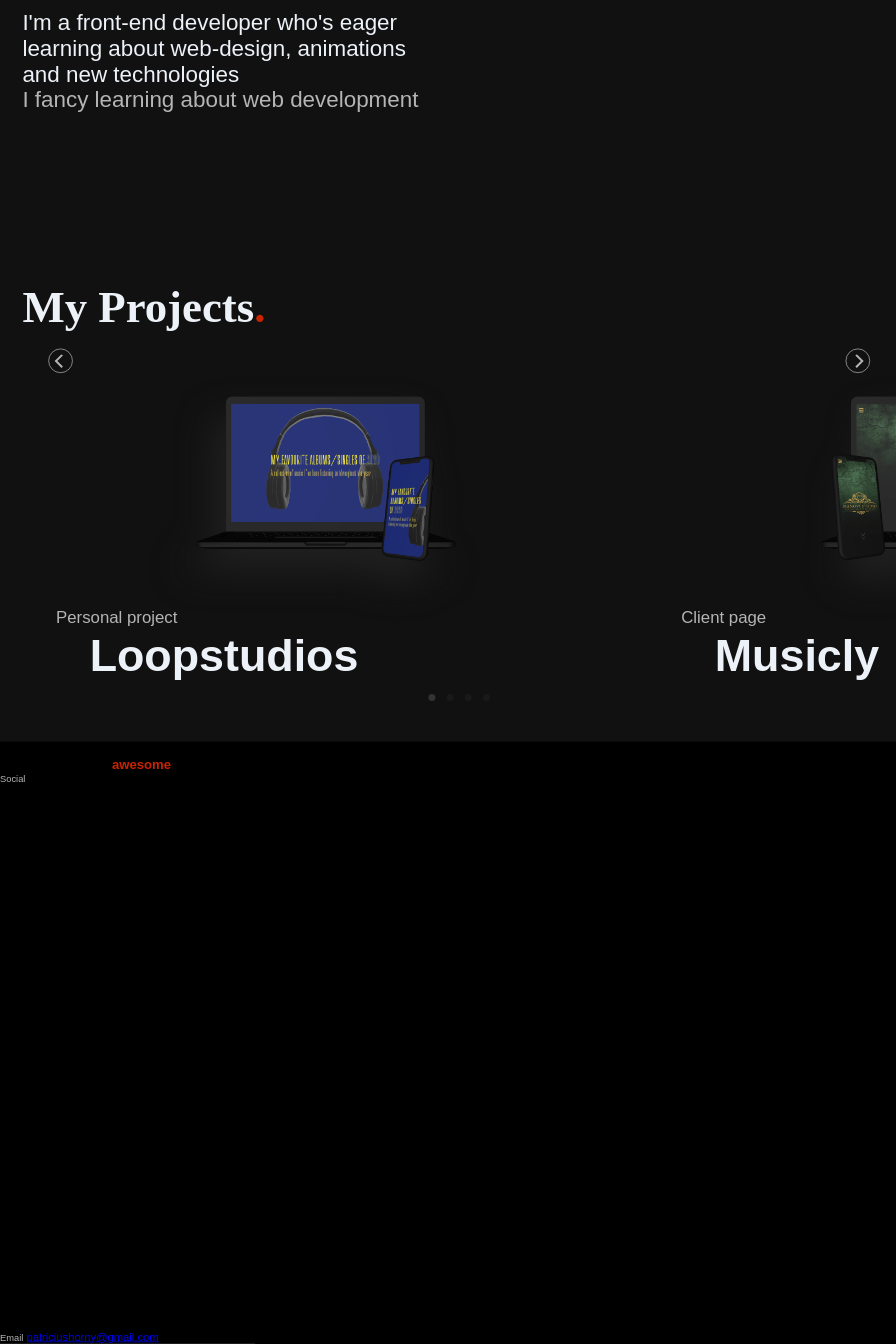
Repository: Spreceriany/portfolio
Page: index.html
These files come from the project's save history. The page is drawn as it stood at one moment and after a run of saves; the edit follows.
The browser window is 1280 px wide. The pictures show the part of the page from y = 748 to 2668 px (the page is 2668 px tall before and 2247 px after), at 70% of full size.
Some web fonts or font styles are not loaded; a fallback is used. The style sheet was rebuilt from its Sass, Less or Tailwind sources for each picture, by a compiler version that may differ from the author's.

Above is the page before, as saved 2021-03-11 15:27:43.

### index.html
<!DOCTYPE html>
<html lang="en">

<head>
    <meta charset="UTF-8">
    <meta http-equiv="X-UA-Compatible" content="IE=edge">
    <meta name="viewport" content="width=device-width, initial-scale=1.0">
    <title>Patrik Horny | Portfolio</title>
    <link rel="stylesheet" href="css/style.css">
    <link rel="preconnect" href="https://fonts.gstatic.com">
    <link href="https://fonts.googleapis.com/css2?family=Asul&family=Chivo:wght@900&display=swap" rel="stylesheet">
    <link rel="stylesheet" href="https://unpkg.com/flickity@2/dist/flickity.min.css">

</head>

<body>
    <header>
        <nav>
            <ul>
                <li><a href="#">About</a></li>
                <li><a href="#">Work</a></li>
                <li><a href="#">Contact</a></li>
            </ul>
            <div class="burger">
                <div class="line1"></div>
                <div class="line2"></div>
                <div class="line3"></div>
            </div>
        </nav>
    </header>

    <main>
        <section class="hero">
            <div class="hero__left-col">
                <p class="gray">Hello Visitor! I'm</p>
                <h1>Patrik Horný<span class="orange">.</span></h1>
                <p>Front-End Developer</p>
                <a href="#" class="btn">Learn more</a>

            </div>
            <div class="hero__right-col">
                <img src="./img/my_photo.png" alt="my-photo">

            </div>
        </section>

        <section class="about">
            <div class="about__left-col">
                <h2>About me<span class="orange">.</span></h2>
                <p>I'm a front-end developer who's eager learning about web-design, animations and new technologies
                </p>
                <p class="gray">I fancy learning about web development</p>
            </div>


        </section>

        <section class="work">
            <h2>My Projects<span class="orange">.</span></h2>
            <div class="carousel">

                <a class="work__item" href="https://musicly2020.netlify.app/">
                    <div class="block">
                        <img srcset="./img/musicly-mob/musicly-sm_aquzlh_c_scale,w_200.png 200w,
                        ./img/musicly-mob/musicly-sm_aquzlh_c_scale,w_662.png 611w,
                         ./img/musicly-lg.png  900w" src="./img/mobile/musicly-sm.png"  class="block-image" alt="musicly">

                        <small>Personal project</small>
                        <h3>Musicly 2020</h3>
                    </div>
                </a>

                <a class="work__item" href="https://manovistudio.dk/">
                    <div class="block">
                         <img srcset="./img/manovi-mob/manovistudio_euxpyv_c_scale,w_200.png 200w,
                         ./img/manovi-mob/manovistudio_euxpyv_c_scale,w_519.png 433w,
                         ./img/manovi-mob/manovistudio_euxpyv_c_scale,w_741.png 611w,
                         ./img/manovi-lg.png 900w"

                         src="./img/mobile/manovistudio.png" alt="manovistudio" class="block-image">
                         <small>Client page</small>
                         <h3>Manovistudio</h3>
                    </div>

                </a>

                <a class="work__item" href="https://wrappedgreen.netlify.app/">
                    <div class="block">
                          <img srcset="./img/wrapped-mob/wrapped-sm_lgvr6n_c_scale,w_200.png 200w,
                          ./img/wrapped-mob/wrapped-sm_lgvr6n_c_scale,w_583.png 433w,
                          ./img/wrapped-mob/wrapped-sm_lgvr6n_c_scale,w_848.png 644w,
                          ./img/wrapped-lg.png 900w"
                          src="./img/mobile/wrapped-sm.png" class="block-image" alt="wrappedgreen">
                          <small>Landing page</small>
                          <h3>Wrapped Green</h3>
                    </div>

                </a>



                <a class="work__item" href="https://loopstudiovr.netlify.app/">
                    <div class="block">
                        <img srcset="./img/loop-mob/loopstudios-sm_hzrmrv_c_scale,w_200.png 200w,
                        ./img/loop-mob/loopstudios-sm_hzrmrv_c_scale,w_433.png 433w,
                        ./img/loop-mob/loopstudios-sm_hzrmrv_c_scale,w_611.png 611w,
                        ./img/loop-lg.png 900w" src="./img/loop-mob/loopstudios-sm_hzrmrv_c_scale,w_200.png"
                    alt="loopstudios" class="block-image">
                        <small>Landing page</small>
                        <h3>Loopstudios</h3>

                    </div>

                </a>





            </div>

        </section>

        <section class="contact">
            <div class="contact__left-col">
                <h3>Let's connect and</h3>
                <h3>create something <span class="orange">awesome</span>! </h3>
            </div>

            <div class="contact__right-col">
                <small class="gray">Social
                </small>
                <ul>
                    <li><a href="https://www.linkedin.com/in/patrik-horn%C3%BD-42b797205/">
                            <?xml version="1.0" ?><svg height="256px" id="Layer_1" version="1.1" viewBox="0 0 256 256"
                                width="256px" xml:space="preserve" xmlns="http://www.w3.org/2000/svg"
                                xmlns:xlink="http://www.w3.org/1999/xlink">
                                <path class="st0"
                                    d="M34.367,105.308c-15.255,58.994,21.499,118.714,77.309,130.865c54.491,11.864,108.741-24.931,122.132-78.209  c13.576-54.011-18.103-112.414-72.055-127.246C77.289,8.035,39.505,84.527,39.501,88.37" />
                                <path class="st0"
                                    d="M106.662,168.972c-0.36-21.051,0.978-61.432-0.945-63.422  c-1.923-1.99-17.046-7.923-19.883-12.471c-2.838-4.548-2.011-13.662,8.126-13.674s11.419,8.666,8.78,14.31  c-2.64,5.644-17.584,9.811-19.288,12.105c-1.704,2.294-2.429,68.28,0,69.899c2.429,1.619,32.926,1.484,35.624-0.54  c2.699-2.024-3.374-67.47,0-69.09s17.407-1.889,19.162-1.079c1.754,0.81,0.675,7.692,1.889,8.366  c1.214,0.675,10.171-11.177,24.289-9.446c10.46,1.282,19.837,10.121,21.321,18.892s0.899,34.545,0.54,51.817  c-7.197,0.27-14.394,0.675-21.59,0.945c-0.27-14.574,1.08-33.6-0.81-43.586c-1.889-9.986-22.328-9.849-22.13,0  s1.619,43.586-2.699,43.451"
                                    id="linkedin" />
                            </svg>
                        </a></li>
                    <li><a href="https://github.com/Spreceriany">
                            <?xml version="1.0" ?><svg height="256px" id="Layer_2" version="1.1" viewBox="0 0 256 256"
                                width="256px" xml:space="preserve" xmlns="http://www.w3.org/2000/svg"
                                xmlns:xlink="http://www.w3.org/1999/xlink">
                                <path class="st0" d="M128.1,222.073" />
                                <path class="st0"
                                    d="M130.164,226.986c63.917-3.557,108.667-52.057,97.259-116.5c-9.288-52.47-60.722-87.613-112.739-80.577  C61.952,37.041,21.39,85.877,27.386,139.004c5.689,47.857,35.128,70.23,59.685,80.335c5.717,2.353,13.401,5.785,15.997,5.229  c2.596-0.556,1.763-14.95,1.763-21.889c-16,2.459-21.475-3.841-24.875-7.563c-3.857-4.222-6.125-8.563-10.063-14.938  s-11.063-4.875-11.813-8.563s15-2.688,26.313,11.25c8.188,10.146,16.928,7.089,21.625,4.188c0.154-1.612,0.526-3.775,1.438-6.188  c0.967-2.557,3.625-4.104,3.208-5.854c-0.417-1.75-21.804-0.577-34-17.667c-8.809-12.344-9.129-26.955-5.667-37.833  c2.322-7.297,6.196-12.443,8.833-15.417c-1.011-2.162-2.513-6.109-2.583-11.25c-0.076-5.549,1.554-9.796,2.583-12  c3.492,0.104,8.54,0.644,14.25,2.667c5.469,1.937,9.593,4.542,12.333,6.583c4.975-1.671,12.218-3.489,21.083-3.667  c10.135-0.203,18.344,1.819,23.667,3.583c2.616-2.336,6.987-5.648,13.167-7.917c4.489-1.648,8.518-2.229,11.5-2.417  c1.143,2.165,3.075,6.519,3.167,12.332c0.085,5.351-1.426,9.47-2.416,11.664c2.867,3.459,7.394,9.875,9.502,18.995  c0.751,3.249,4.857,20.981-6.996,36.24c-12.408,15.974-33.06,13.524-33.992,15.73c-0.932,2.206,3.964,6.297,6.266,14.877  c2.302,8.58,1.327,24.979,1.327,24.979" />
                            </svg>
                        </a></li>

                    <li><a href="https://www.facebook.com/profile.php?id=100007154296012">
                            <?xml version="1.0" ?><svg height="256px" id="Layer_1" version="1.1" viewBox="0 0 256 256"
                                width="256px" xml:space="preserve" xmlns="http://www.w3.org/2000/svg"
                                xmlns:xlink="http://www.w3.org/1999/xlink">
                                <g>
                                    <path class="st0"
                                        d="M118.489,204.01c0.668-30.724-0.583-59.627-0.514-61.433c0.099-2.572-16.945,1.061-19.046-1.053   c-2.101-2.114-3.309-18.205-0.521-19.591s15.355,1.129,18.007-0.526c2.652-1.655-11.513-55.269,46.601-43.421   c1.589,0.795-0.132,18.732-1.059,20.122c-0.927,1.39-12.708-1.787-19.062,3.177c-6.354,4.964-3.707,18.664-2.383,19.591   c1.324,0.927,20.188,0.198,21.445,1.589s1.456,18.798,0,20.122c-1.456,1.324-20.819-2.41-22.769-1.058   c-1.606,1.113,4.224,60.038,2.558,62.373c-1.666,2.335-7.731,2.133-11.56,2.226" />
                                    <path class="st0"
                                        d="M136.577,243.358c60.912-1.648,108.145-53.478,104.395-110.472c-3.662-55.647-54.02-97.612-108.923-95.753   C76.39,39.017,29.02,85.605,29.68,141.555c1.549,87.443,85.505,102.61,89.2,101.551" />
                                </g>
                            </svg>
                        </a></li>
                </ul>
                <small class="gray">Email</small>
                <a href="mailto:patriciushorny@gmail.com">patriciushorny@gmail.com</a>
            </div>

        </section>
    </main>

    <script src="https://unpkg.com/flickity@2/dist/flickity.pkgd.min.js"></script>

    <script src="js/script.js"></script>

</body>

</html>

### js/script.js
var elem = document.querySelector(".carousel");
var flkty = new Flickity(elem, {
  contain: true,

  prevNextButtons: true,
  pageDots: true,
  cellAlign: "left",
  contain: true,
  wrapAround:true,

});

### css/style.scss
@import "button/button";
@import "colors/colors";
@import "./mixin/mixin";
@import "./components/header";
@import "./components/hero";
@import "./components/about";
@import "./components/work";

body {
  font-family: "Asul", "Chivo", sans-serif;
  margin: auto;
  max-width: 1920px;
  overflow-x: hidden;
  background: radial-gradient(
    59.93% 44.1% at -11.63% 36.77%,
    #343434 0%,
    #111111 100%
  );
}

* {
  box-sizing: border-box;
  margin: 0;
  padding: 0;
  -webkit-font-smoothing: antialiased;
  -moz-osx-font-smoothing: grayscale;
}




main {
  margin: 0 auto;
  background-color: black;
}







.carousel{
  width:100%;
  height:50vh;
  @media(min-width:1212px){
    height: 70vh;
  }

}




.flickity-viewport{
  height: 100% !important;
}



.flickity-prev-next-button{
  top: 8% !important;
  width: 27px !important;
  height: 27px !important;
  border-radius: 50% !important;
  transform: translateY(-50%);
  margin: 0 1em;

  @media(min-width:556px){
    margin:0 2em;
    width: 35px !important;;
    height: 35px !important;
  }
}

.flickity-button {
  position: absolute;
  background: transparent !important;
  border: 1px solid $gray !important;
  color: $gray !important;
}

.flickity-button-icon:focus-within, .flickity-button-icon:hover{
  color: $orange;
}

.block:hover .block-image{
  opacity: .5;

}

.block:hover::before{
  content: 'See project';
  position: absolute;
  width: 14%;
  height: 2%;
  top: 38%;
  color: #edf2f8;
  border: 1px solid #edf2f8;
  left: 0;
  z-index: 10;
  padding: 1em .6em;
  text-align: center;
  left: 41%;
}

### css/button/button.scss
@import "/css/colors/colors";
@import "/css/mixin/mixin";

.btn {
    background-color: $orange;
    padding: 1em 0.7em;
    color: $white-ish;
    border-radius: 9999px;
    width: 10em;
    flex-shrink: 0;
    text-align: center;
    text-decoration: none;
    text-transform: uppercase;
    font-family: "Chivo";
    letter-spacing: 0.05em;
    margin: 1em 0;
    @include clamping(.8rem,3vw ,1.2rem );
    &:hover {
      background-color: transparent;
    }
    @media(min-width:556px){

      padding: 1em .5em;

    }
  }

### css/colors/_colors.scss
$white-ish: #edf2f8;
$orange: rgb(201, 35, 0);
$gray: #b5b5b5;
$black: #111111;

.orange {
    color: $orange;
  }

.gray {
color: $gray;
}

### css/mixin/_mixin.scss
@mixin clamping($min, $mid, $max) {
  font-size: clamp($min, $mid, $max);
}

@mixin grid($breakpoint) {
  display: grid;
  grid-template-columns: 1fr;
  @media (min-width: $breakpoint) {
    grid-template-columns: 1fr 1fr;
  }
}

### css/components/_header.scss
@import "../colors/colors";
@import "../mixin/mixin";

header {
    max-width: 1440px;
    margin: 0 auto;
    min-height: 13vh;
    position: absolute;
    top: 0;
    left: 0;
    right: 0;
    display: flex;
    justify-content: flex-end;
    z-index: 2;
    nav {
      min-height: 10vh;
      display: flex;
      align-items: center;
      top: 0;
      right: 0;

      .burger {
        cursor: pointer;
        margin-right: 2em;
        @media (min-width: 996px) {
          display: none;
        }
        div {
          background-color: $orange;
          margin: 0.3em;
          transition: transform 500ms ease, opacity 500ms ease, width 500ms ease;
          &:nth-child(1) {
            width: 1.5em;
            height: 0.2em;
          }
          &:nth-child(2) {
            width: 1em;
            height: 0.2em;
          }

          &:nth-child(3) {
            width: 0.6em;
            height: 0.2em;
          }
        }
      }

      ul {
        margin-left: auto;
        display: none;
        @media (min-width: 992px) {
          display: block;
        }

        li {
          display: inline-block;
          padding: 0.5em 2em;
          font-size: 1.5rem;
          text-transform: uppercase;
          cursor: pointer;

          &:last-of-type {
            border: 2px solid $orange;
            border-radius: 9999px;
            background-image: linear-gradient($orange, $orange);
            background-position: 50% 50%;
            background-repeat: no-repeat;
            background-size: 0% 100%;
            transition: background-size 0.3s;
            margin-right: 4em;
            &:hover {
              background-size: 100% 100%;
            }
          }

          &:not(:last-child) a:hover {
            color: $orange;
          }
          a {
            width: 100%;
            text-decoration: none;
            color: $white-ish;
            letter-spacing: 0.1em;
            transition: color 0.3s ease-out;
          }
        }
      }
    }
  }

### css/components/_hero.scss
@import "../colors/colors";
@import "../mixin/mixin";

.hero {
    width: 100%;

    margin: 0 auto;
    min-height: 80vh;
    @media(min-width:556px){
      max-height: 100vh;
    }
    background: radial-gradient(
      59.93% 44.1% at -11.63% 36.77%,
      #343434 0%,
      #111111 100%
    );
    @media(min-width:556px){
      background: radial-gradient(23.93% 35.1% at 0.37% 40.77%, #343434 0%, #111111 100%);
    }
    align-items: center;
    color: $white-ish;
    position: relative;
    @include grid(556px);

    &__left-col {
      display: flex;
      flex-direction: column;
      padding-left: 2em;
      padding-top: 4em;
      ul {
        list-style-type: none;
        li {
          display: inline-flex;
          width: 2em;
          img {
            width: 100%;
          }
        }
      }

      p {
        @include clamping(1rem, 3vw, 2rem);
      }

      h1 {
        @include clamping(2rem, 5vw, 6rem);
        margin-bottom: 0.1em;
        letter-spacing: 0.03em;
        font-family: "Chivo";
      }
    }

    &__right-col {
      position: relative;

      display: flex;
      flex-direction: column;
      align-items: flex-end;
      width: 100%;
      height: 100%;
      &::after {
        content: "";
        position: absolute;
        width: 100%;
        height: 100%;
        bottom: 0;
        left: 0;
        box-shadow: inset 0 -10px 10px -10px #000000;
        @media(min-width:556px){
          box-shadow: none;
        }
      }
      img {
        position: absolute;
        width: 70%;
        right: 0;
        bottom: 0;
        @media(min-width:556px){
          max-width: 90%;
          object-fit: contain;
          height: 80%;
          left:0;
          right: auto;
        }
      }
    }
  }

### css/components/_about.scss
@import "../colors/colors";
@import "../mixin/mixin";


.about {
    width: 100%;
    padding: 5em 0 10em 0;
    background-color: #111111;
    color: $white-ish;
    display: grid;

    @include grid(556px);
    &__left-col {
      padding: 0 2em;
      h2 {
        font-family: "Chivo";
        @include clamping(2rem, 5vw, 6rem);
        margin-bottom: 0.5em;
      }
      p{
        @include clamping(1.2rem, 3vw, 2rem);
      }
    }


  }

### css/components/_work.scss
@import "../colors/colors";
@import "../mixin/mixin";

.work {
    width: 100%;
    padding: 5em 0;
    position: relative;
    background-color: $black;
    padding-left: 2em;
    h2 {
      color: $white-ish;
      font-family: "Chivo";

      @include clamping(2rem, 5vw, 6rem);

    }
    &__item {
      position: relative;
      width: 69%;
      height: 100%;
      margin-right: 2em;
      display: flex;
      flex-direction: column;
      padding-bottom: 2em;


      .link{
        opacity:0;
        position: absolute;
        top: 100%;
        left: 24%;
        text-decoration: none;
        color: $white-ish;
        border:1px solid $white-ish;
      }


      .block{
        height: 100%;
      }
      .block:hover {
        .link{
          opacity:1;
          z-index: 5;
        }



      }
      img {
        width: 100%;
        height: 100%;
        object-fit: contain;
        position: relative;
      }
      &:nth-child(odd) img {
        filter: drop-shadow(-17px 31px 25px rgb(32, 32, 32));
      }
      &:nth-child(even) img {
        filter: drop-shadow(20px 31px 25px rgb(32, 32, 32));
      }

      small {
        display: block;
        color: $gray;
        font-size: clamp(0.8rem, 3vw, 1.5rem);
      }
      h2 {
        color: $white-ish;
        font-family: "Asul";
        letter-spacing: 0.02em;
        padding-left: 0;
        font-weight: normal;
        @include clamping(1.7rem, 5vw, 6rem);
      }

      h3{
        @include clamping(1.7rem, 5vw, 4rem);
        color: $white-ish;
        position: relative;
        display: inline-block;
        color: $orange;
        overflow: hidden;
        background: linear-gradient(to right, $orange, $orange 50%, $white-ish 50%);
        background-clip: text;
        -webkit-background-clip: text;
        -webkit-text-fill-color: transparent;
        background-size: 200% 100%;
        background-position: 100%;
        transition: background-position 275ms ease;
        text-decoration: none;
        &:hover {
          background-position: 0 100%;
        }
      }

      small,
      h3 {
        position: absolute;
        margin-top: 1.5em;
        top: 74%;
        padding-left: 2em;

        @media(min-width:1000px){
          margin-top:  0.8em;
        }
      }
    }
  }

### css/components/_contact.scss
@import "../colors/colors";
@import "../mixin/mixin";

.contact{
    width: 100%;
    padding: 5em 0 10em 0em;
    background: $black;
    color: $white-ish;
    display: grid;
    grid-template-columns: 1fr;
    @media(min-width:556px){
      grid-template-columns: 1fr 1fr;
    }


    &__left-col{
      margin-bottom: 2em;
      font-family: 'Asul';
      padding: 0em 2em;
      @media(max-width:556px){
        padding: 0;
      }
      h3{
        @include clamping(2rem, 5vw, 3rem);


        .orange{

          font-weight: bold;


        }
      }
    }

    &__right-col{
      display: flex;
      flex-direction: column;
      @media(max-width:556px){
        padding:0;
      }
      padding: 0em 2em;

      small{
        @include clamping(.9rem,3vw ,1.5rem );
        margin-bottom: .2em ;
      }

      svg {
        width: 100%;
        height: 100%;
        fill: none;
        stroke: #edf2f8;
        stroke-width: 7;
        stroke-linecap: round;
        stroke-linejoin: round;
        stroke-miterlimit: 10;
        transition: stroke 0.3s, transform 0.3s ease-in;
        &:hover {
          stroke: $orange !important;
          transform: translateY(-2px);
        }
      }

      ul {
        list-style-type: none;
        li {
          display: inline-flex;
          width: 3em;
          @media(min-width:556px){
            width: 4em;
            margin-bottom: 1.5em;
          }
          img {
            width: 100%;
          }
        }
      }

      a{
        @include clamping(1.5rem, 5vw, 2rem);
        position: relative;
        display: inline-block;
        color: $orange;
        overflow: hidden;
        background: linear-gradient(to right, $orange, $orange 50%, $white-ish 50%);
        background-clip: text;
        -webkit-background-clip: text;
        -webkit-text-fill-color: transparent;
        background-size: 200% 100%;
        background-position: 100%;
        transition: background-position 275ms ease;
        text-decoration: none;
        font-family: 'Chivo';
        &:hover {
          background-position: 0 100%;
        }
      }
    }
  }

After the next 2 saves:
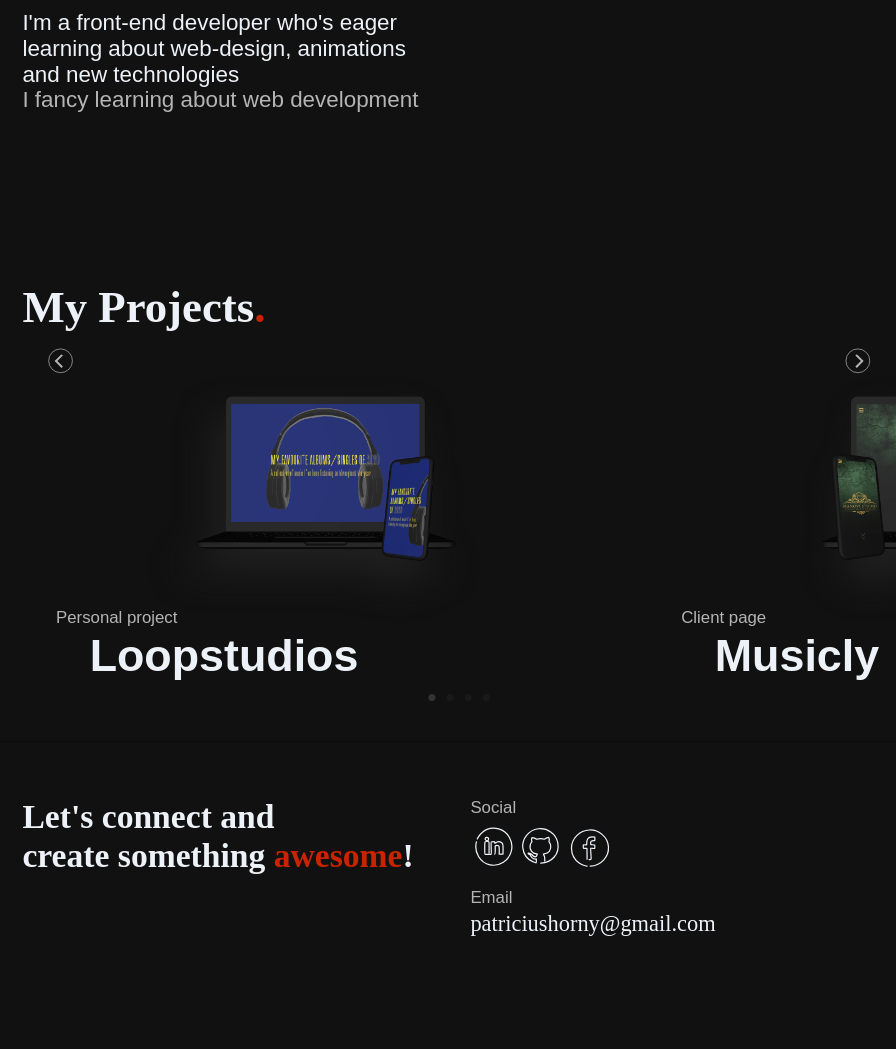
The 2 saves are shown as one change because 1 did not build or start.
The last was saved 16 s later.
--- a/css/style.scss
+++ b/css/style.scss
@@ -5,6 +5,7 @@
 @import "./components/hero";
 @import "./components/about";
 @import "./components/work";
+@import "./components/contact";
 
 body {
   font-family: "Asul", "Chivo", sans-serif;
